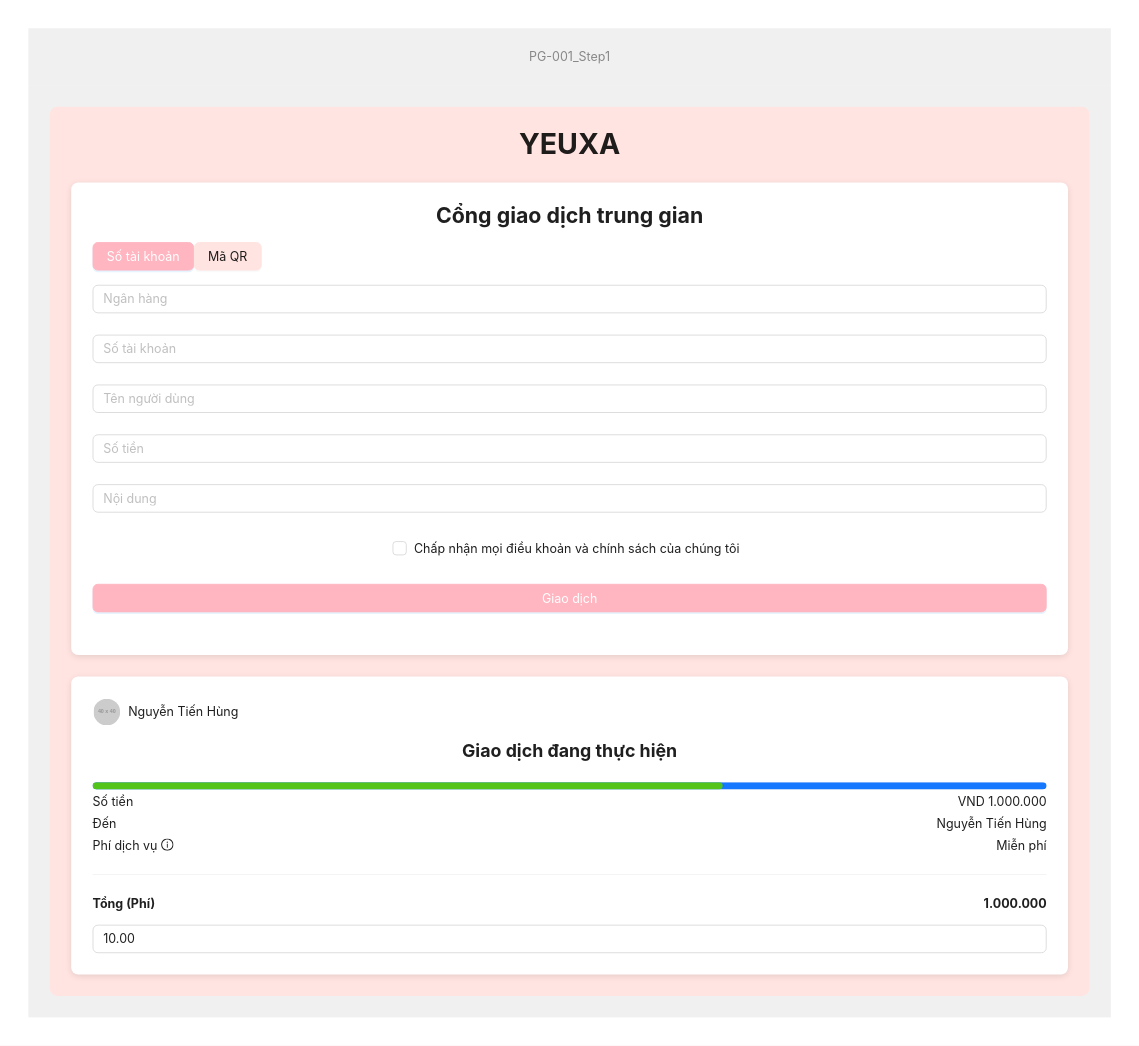
Repository: kieuduc123/YEUXA
Page: /
These files come from the project's save history. The page is drawn as it stood at one moment and after the next save; the edit follows.
The browser window is 1280 px wide. The pictures show the whole page, at 89% of full size.
The project was rebuilt for these pictures with package versions that can differ from the ones it lists, and the page was loaded fresh each time. Also part of the build but not shown: vite.config.ts.

Above is the page before, as saved 2025-03-26 08:51:46.

After the next save:
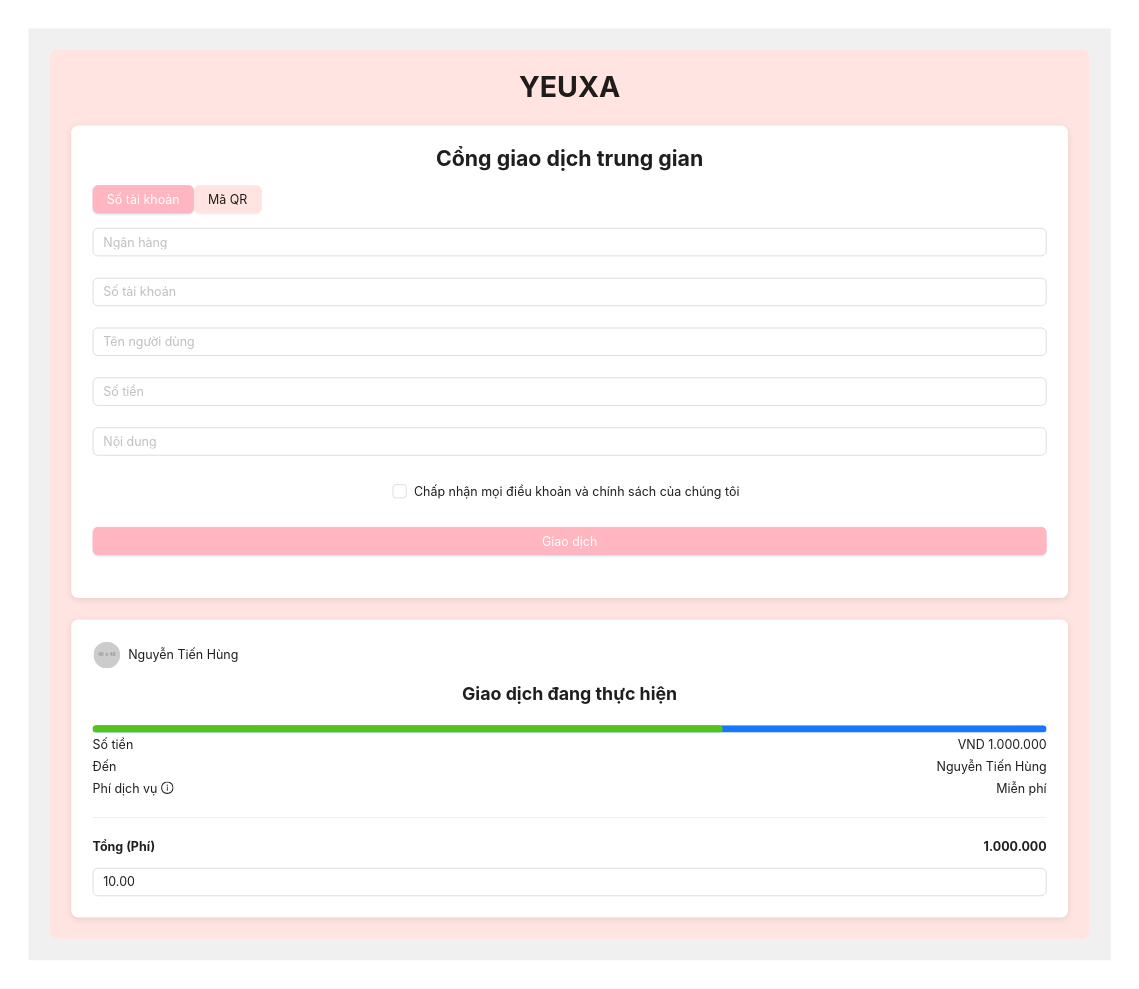
Saved 11 s later.
--- a/src/App.tsx
+++ b/src/App.tsx
@@ -4,14 +4,11 @@ import { InfoCircleOutlined } from '@ant-design/icons';
 import "antd/dist/reset.css";
 import "@/styles/main.scss"
 
-const { Header, Content } = Layout;
+const {Content } = Layout;
 
 const App = () => {
   return (
     <Layout className="layout">
-      <Header className="header">
-        <div className="logo">PG-001_Step1</div>
-      </Header>
       <Content className="content">
         <div className="container">
           <h1 className="title">YEUXA</h1>
